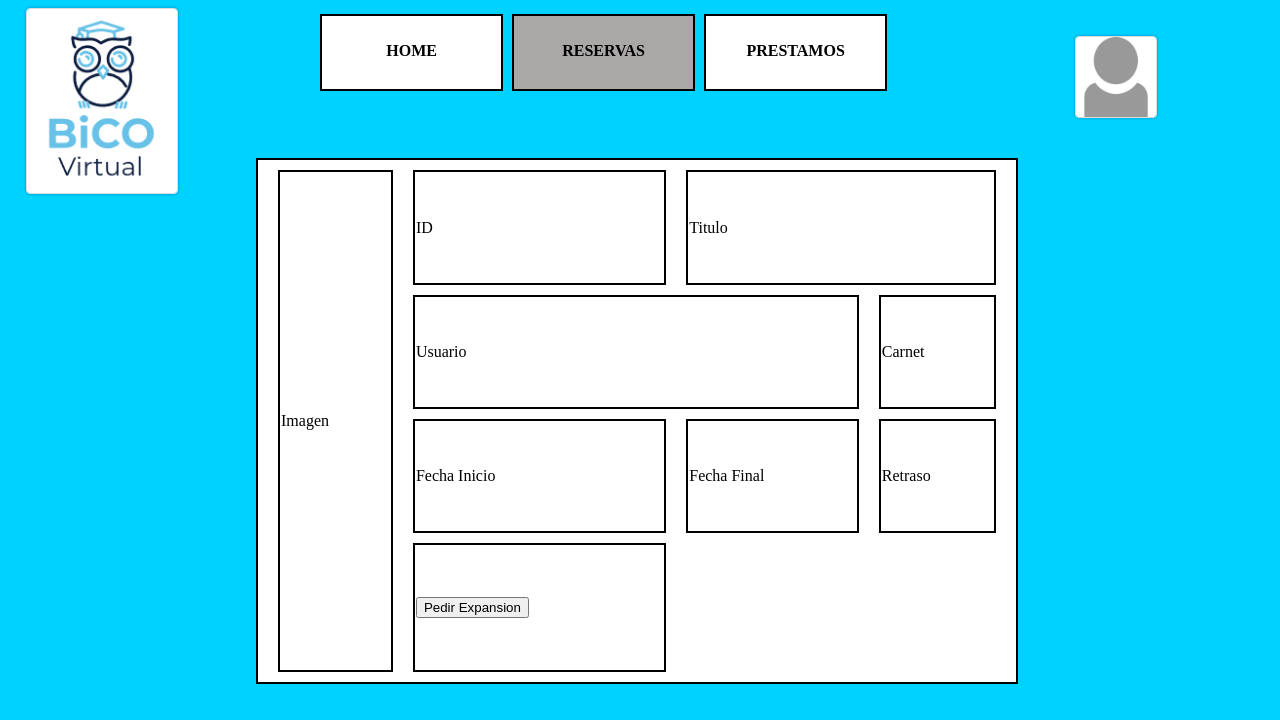
Repository: i72frpeu/IW_Bien
Page: http://localhost/Trabajo_IW/Vistas/Prestamo.jsp
An editor plug-in stored every save of this project. The page is shown before and after the next save, followed by the edit.
The browser window is 1280 px wide. The pictures show the whole page.
The page is served by Tomcat 9. Other server files are loaded and not shown.

Above is the page before, as saved 2020-05-16 20:24:00.

### WorkSpace/Trabajo IW/WebContent/Vistas/Prestamo.jsp
<%@ page language="java" contentType="text/html; charset=ISO-8859-1" pageEncoding="ISO-8859-1"%>
<%@ include file="../Includes/header.jsp" %>

<!DOCTYPE html>

<html>

<head>
	<meta charset="ISO-8859-1">
	<title>Reserva</title>
	<link rel="stylesheet" type="text/css" href="../CSS/header.css">
	<link rel="stylesheet" type="text/css" href="../CSS/wf5.0.css">
</head>

<body>
  <!--Roll de artículos-->

  <div class="div_home">
  		<table class = "tablalibro">
		<tr>
			<td class = "tdlibro" rowspan = 4> Imagen </td> <td class = "tdlibro"> ID </td> <td class = "tdlibro" colspan = 2> Titulo </td>
		</tr>
		<tr>
			<td class = "tdlibro" colspan = 2> Usuario </td> <td class = "tdlibro"> Carnet</td>
		</tr>
		<tr>
			<td class = "tdlibro"> Fecha Inicio </td> <td class = "tdlibro"> Fecha Final </td> <td class = "tdlibro"> Retraso </td>
		</tr>
		<tr>
			<td class = "tdlibro"> <a href = "Reservas.jsp"><button>Pedir Expansion</button></a> </td>
		</tr>
	</table>
  </div>


</body>

</html>

### WorkSpace/Trabajo IW/WebContent/Includes/header.jsp
<!DOCTYPE html>
<html>

<head>
	<meta charset="ISO-8859-1">
</head>

<body>
  <header class="main-header">
    <!--Definimos el logo-->
    <img src="../img/logo.PNG" alt="LOGO" class="logo_home">
    <!--Enlace a HOME-->
	<a href="../Home (Libros).jsp" class="link_home"><strong>HOME</strong></a>
    <!--Enlace a AMIGOS-->
    <a href="Home Reservas.jsp" class="link_amigos"><strong>RESERVAS</strong></a>
    <!--Enlace a BUSCADOR-->
    <a href="" class="link_buscador"><strong>PRESTAMOS</strong></a>
    <!--Definimos imagen usuario-->
    <div>
      <img src="../img/profile-42914_960_720.png" alt="IMG_USER" class="img_user">
      <div class="options_user">
        <form>
        </form>
      </div>
    </div>
  </header>
 </body>
 </html>

### WorkSpace/Trabajo IW/WebContent/CSS/header.css
body
{
	background-color: rgb(0,210,255);
}


/*153x100 pixeles*/
.logo_home
{
	position: fixed;
	left: 2%;
	width: 150px;
	margin-right: 5%;
	border: 1px solid #ddd;
  	border-radius: 4px;
  	box-shadow: 0 0 2px 1px rgba(0, 140, 186, 0.5);
}

.img_user
{
	position: fixed;
	left: 82%;
	top: 5%;
	width: 80px;
	height: 80px;
	margin-left: 2%;
	border: 1px solid #ddd;
  	border-radius: 4px;
  	box-shadow: 0 0 2px 1px rgba(0, 140, 186, 0.5);
}
.options_user
{
	position: fixed;
	top: 18%;
	left: 84%;
}


.link_home
{
	background-color: white;
	border: 2px solid black;
	color: black;
	text-decoration: none;
	padding: 2%;
	left: 25%;
	top:2%;
	width: 10%;
	height: 3%;
	text-align: center;
	position: fixed;
}

.link_amigos
{
	background-color: white;
	border: 2px solid black;
	color: black;
	text-decoration: none;
	padding: 2%;
	left: 40%;
	top:2%;
	width: 10%;
	height: 3%;
	text-align: center;
	position: fixed;
}

.link_buscador
{
	background-color: white;
	border: 2px solid black;
	color: black;
	text-decoration: none;
	padding: 2%;
	left: 55%;
	top:2%;
	width: 10%;
	height: 3%;
	text-align: center;
	position: fixed;
}

.link_foro
{
	background-color: white;
	border: 2px solid black;
	color: black;
	text-decoration: none;
	padding: 2%;
	left: 65%;
	top:2%;
	width: 10%;
	height: 3%;
	text-align: center;
	position: fixed;
}

div.div_lista_amigos
{
	background-color: white;
	border: 2px solid black;
	position: fixed;
	left: 2%;
	top: 40%;
	width: 10%;
	height: 45%;
	padding: 2%;
	overflow: auto;
}

.boton_cir
{
	border-radius: 200px 200px 200px 200px;
	-moz-border-radius: 200px 200px 200px 200px;
	-webkit-border-radius: 200px 200px 200px 200px;
	left: 85%;
	top: 75%;
	width: 100px;
	height: 100px;
	font-size: 80px;
	position: fixed;
	border: 0;
	color: white;
	background-color: rgb(0, 46, 255);
	box-shadow: 0 4px 8px 0 rgba(0, 0, 0, 0.2), 0 6px 20px 0 rgba(0, 0, 0, 0.19);
 }

a.sobre
{
	position: fixed;
	left: 30%;
	top: 96%;
}

a.tecnico
{
	position: fixed;
	left: 60%;
	top: 96%;
}

.div_home
{
	background-color: white;
	border: 2px solid black;
	position: fixed;
	left: 20%;
	right: 20.5%;
	top:22%;
	bottom: 5%;
	color: black;
	overflow: auto;
}

.img_user_2
{
	top: 5px;
	left: 5px;
	height: 50px;
	width: 50px;
	border: 1px solid #ddd;
  	border-radius: 4px;
}
table.uno
{
	border: 2px solid black;
	border-spacing: 20px 10px;

	width: 100%;

}

table.dos
{
	border: 2px solid white;
	border-spacing: 10px;
	width: 100%;

}
.td_user_des
{
	border: 2px solid black;
	width: 50%;
}

.buscador
{
	position: relative;
	top: 2%;
	left: 15%;

}
.q_buscador
{
	width: 60%;
}

### WorkSpace/Trabajo IW/WebContent/CSS/wf5.0.css
.link_amigos
{
	background-color: rgb(170, 167, 167);
}

div.buscador
{
	background-color: white;
	border: 2px solid black;
	position: fixed;
	top: 15%;
	left: 35%;
}

table.tablalibro
{
	width: 100%;
	border: 2px;
	border-spacing: 20px 10px;
	height: 100%;
}

.tdlibro
{
	border: 2px solid black;
}

After the next save:
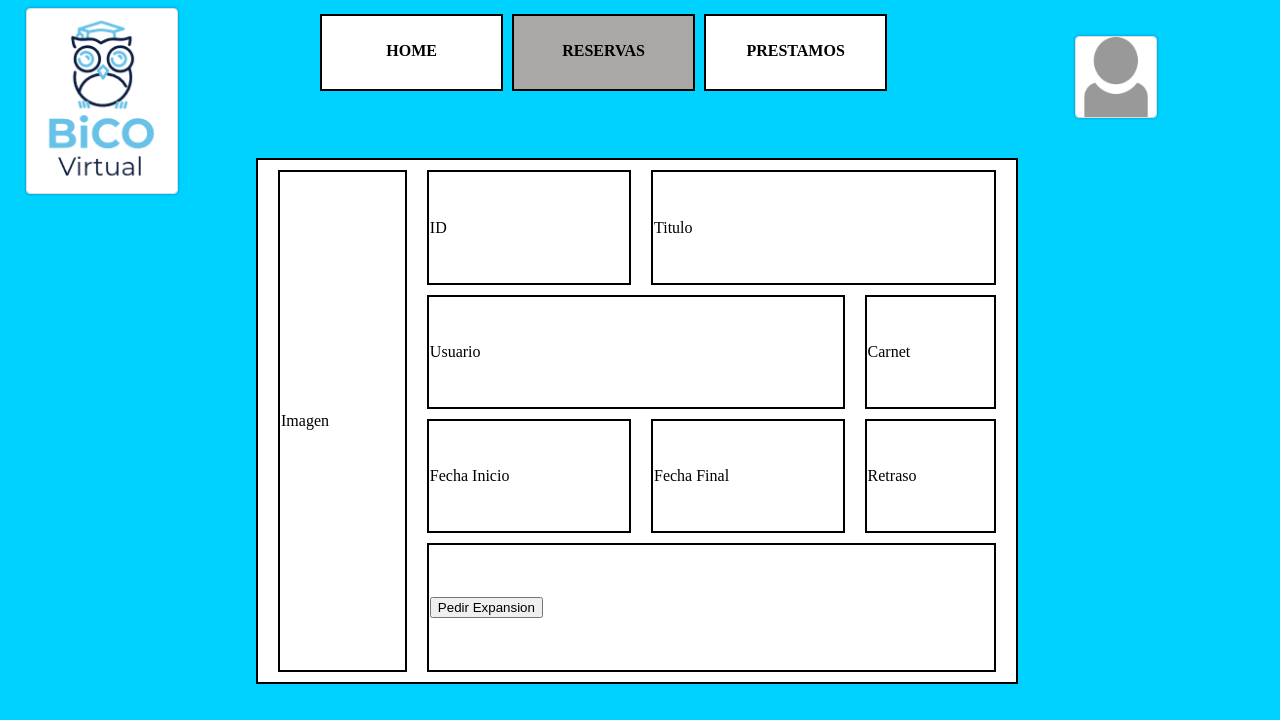
Saved 8 s later.
--- a/WorkSpace/Trabajo IW/WebContent/Vistas/Prestamo.jsp
+++ b/WorkSpace/Trabajo IW/WebContent/Vistas/Prestamo.jsp
@@ -27,7 +27,7 @@
 			<td class = "tdlibro"> Fecha Inicio </td> <td class = "tdlibro"> Fecha Final </td> <td class = "tdlibro"> Retraso </td>
 		</tr>
 		<tr>
-			<td class = "tdlibro"> <a href = "Reservas.jsp"><button>Pedir Expansion</button></a> </td>
+			<td class = "tdlibro" colspan = 3> <a href = "Reservas.jsp"><button>Pedir Expansion</button></a> </td>
 		</tr>
 	</table>
   </div>
